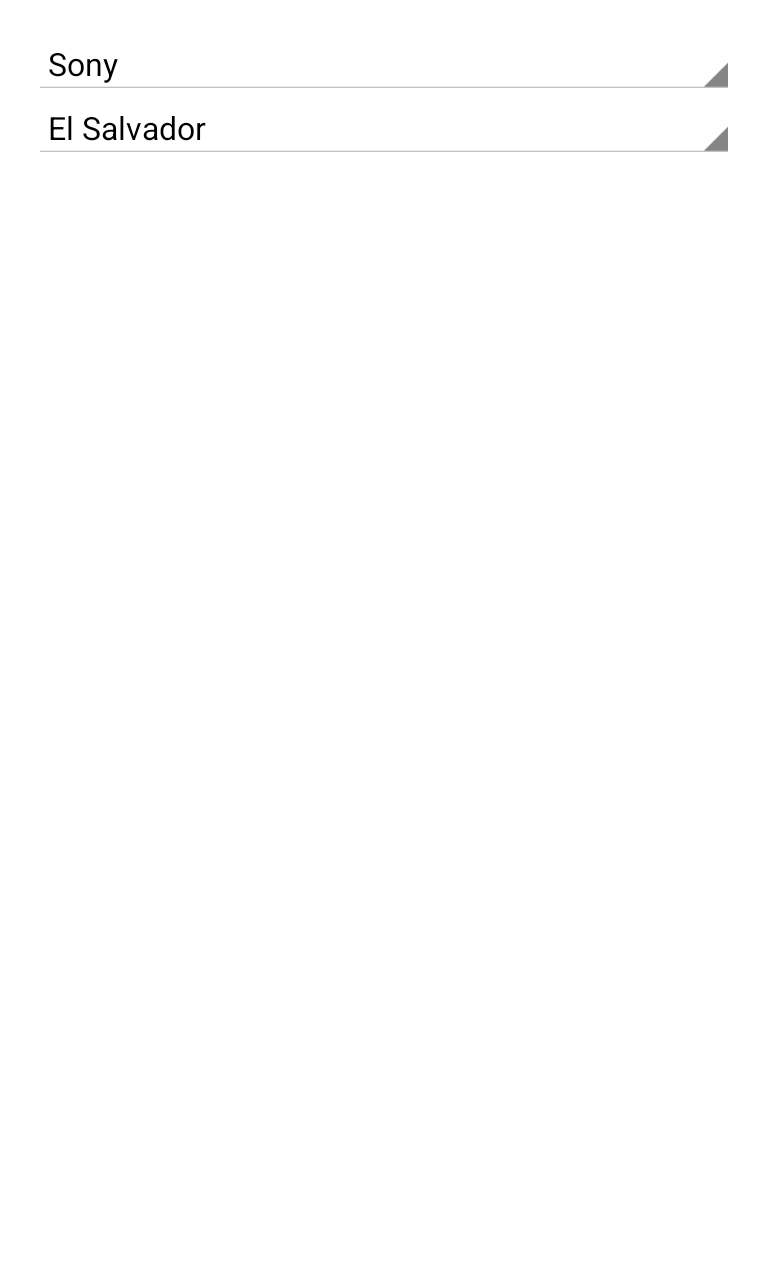
Repository: G3rcar/Android-I
Layout: Clase08Spinner/res/layout/activity_main.xml
The author's editor kept a copy of each file at every save. The layout is drawn from the files as they stood at one save, then again after the next save.
It is drawn on a 768 x 1280 px phone screen (xhdpi) without system bars, with theme AppTheme; the app's code is not run.

Above is the layout before, as saved 2013-11-05 14:07:29.

After the next save:
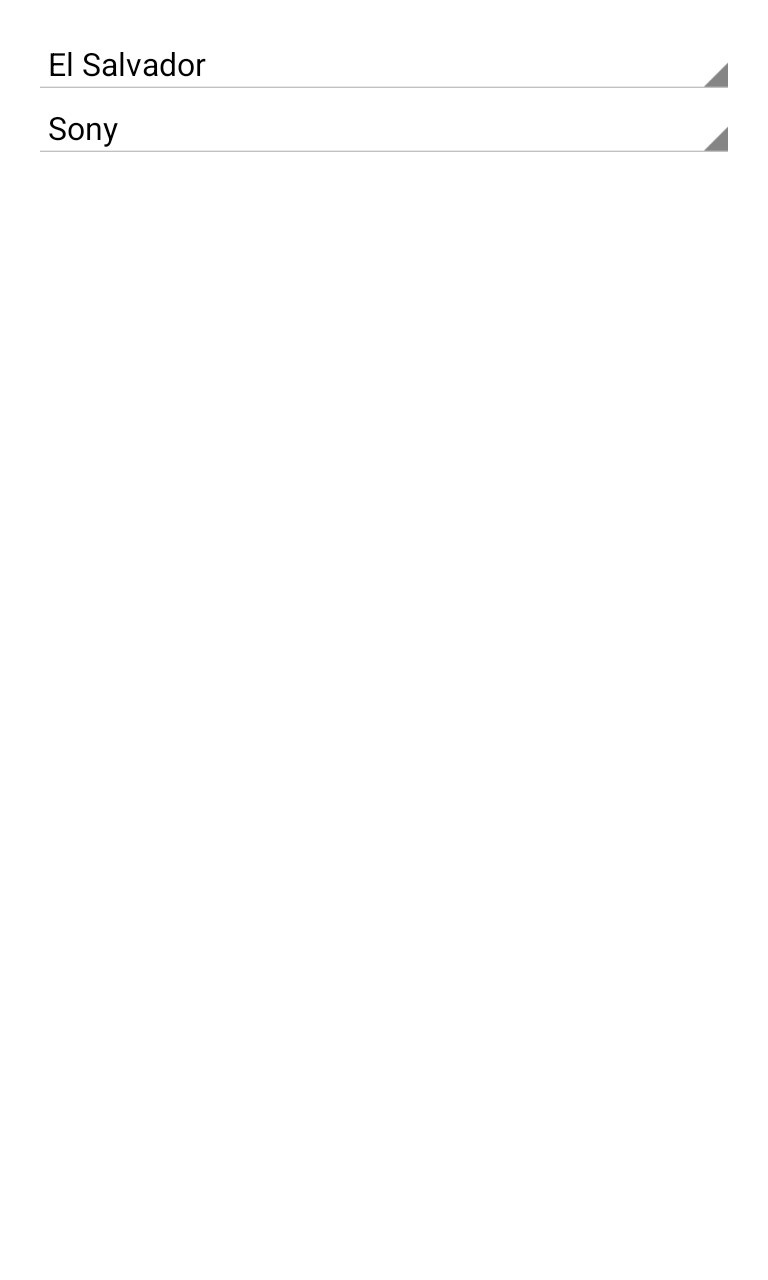
Saved 35 s later.
--- a/Clase08Spinner/res/layout/activity_main.xml
+++ b/Clase08Spinner/res/layout/activity_main.xml
@@ -11,17 +11,17 @@
     tools:context=".MainActivity" >
 
     <Spinner
+        android:id="@+id/spinner2"
+        android:layout_width="match_parent"
+        android:layout_height="wrap_content"
+        android:entries="@array/paises"
+        android:prompt="@string/lblSelectPaises" />
+
+    <Spinner
         android:id="@+id/spinner1"
         android:layout_width="match_parent"
         android:layout_height="wrap_content"
         android:entries="@array/marcas"
         android:prompt="@string/lblSelectMarcas" />
 
-    <Spinner
-        android:id="@+id/spinner2"
-        android:layout_width="match_parent"
-        android:layout_height="wrap_content"
-        android:entries="@array/paises"
-        android:prompt="@string/lblSelectPaises" />
-
 </LinearLayout>
